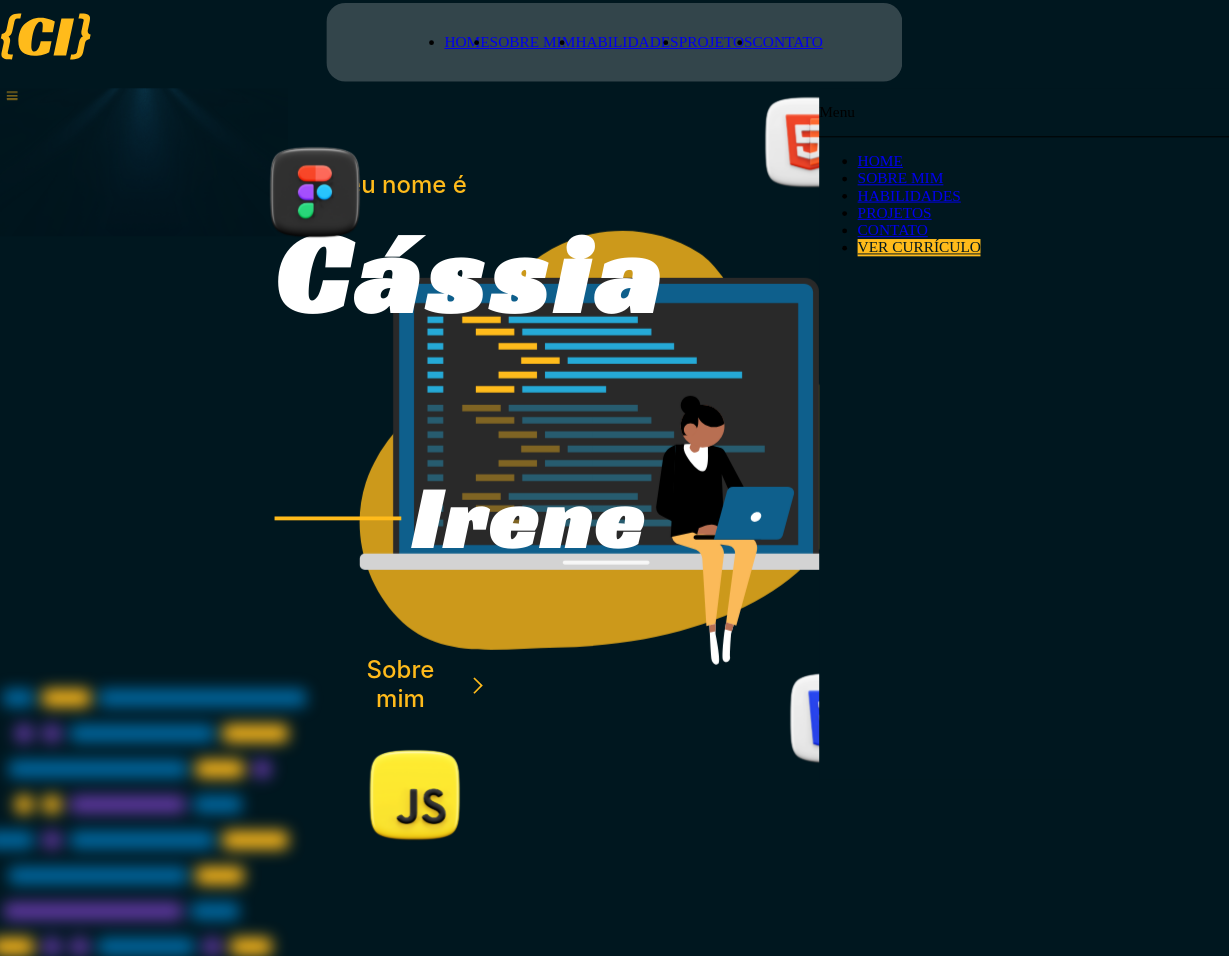
Repository: Cassia-Irene/My-Portfolio
Page: /
An editor plug-in stored every save of this project. The page is shown before and after the next save, followed by the edit.
The browser window is 1280 px wide. The pictures show the whole page, at 96% of full size.
The project was rebuilt for these pictures with package versions that can differ from the ones it lists, and the page was loaded fresh each time. Also part of the build but not shown: vite.config.ts.

Above is the page before, as saved 2025-12-08 05:47:34.

After the next save:
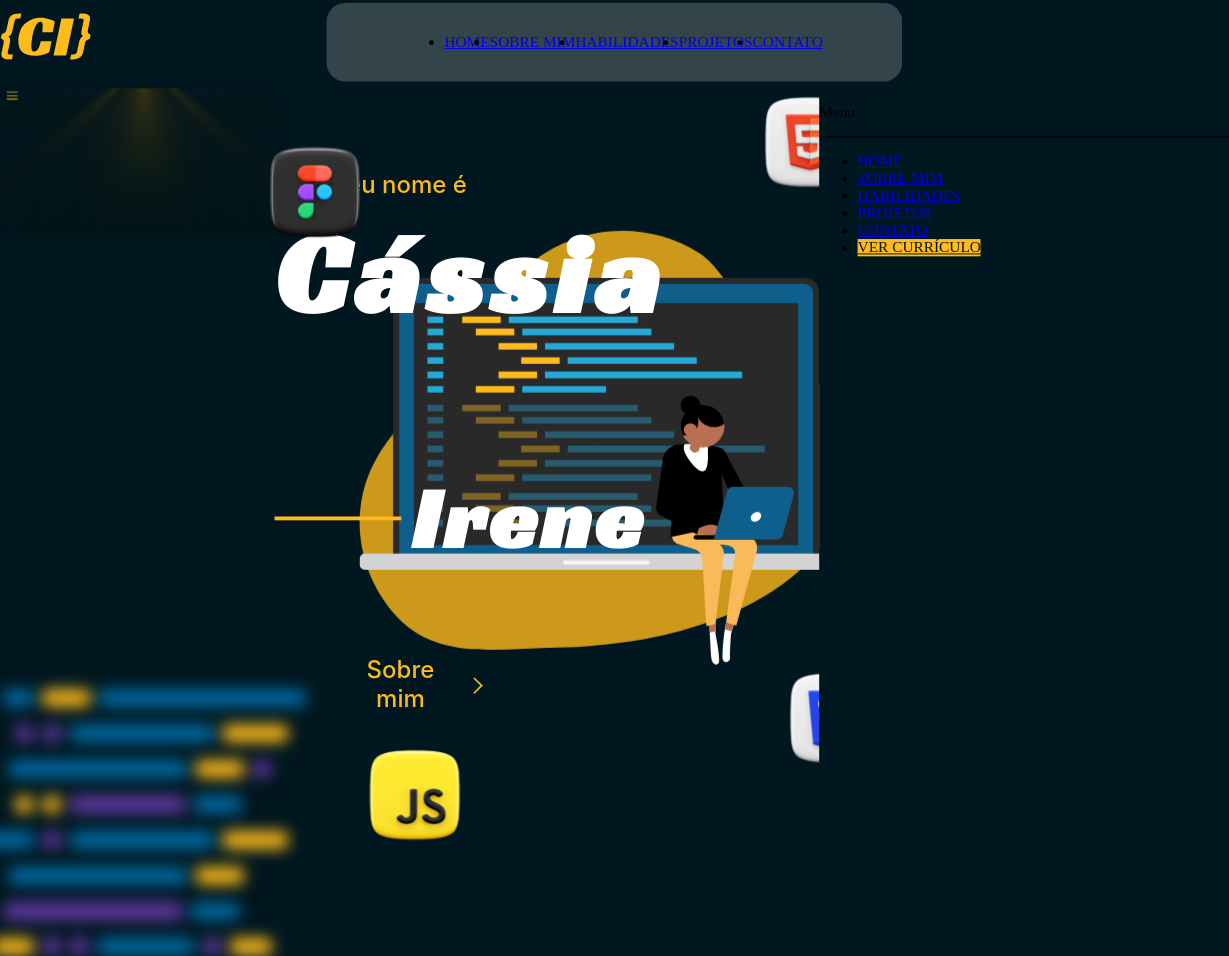
Saved 113 s later.
--- a/src/Hero.tsx
+++ b/src/Hero.tsx
@@ -311,7 +311,7 @@
       }}>
         <LightRays
           raysOrigin="top-center"
-          raysColor="#25A9D6"
+          raysColor="#FFBB1B"
           raysSpeed={1}
           lightSpread={1}
           rayLength={3}

After the save that followed:
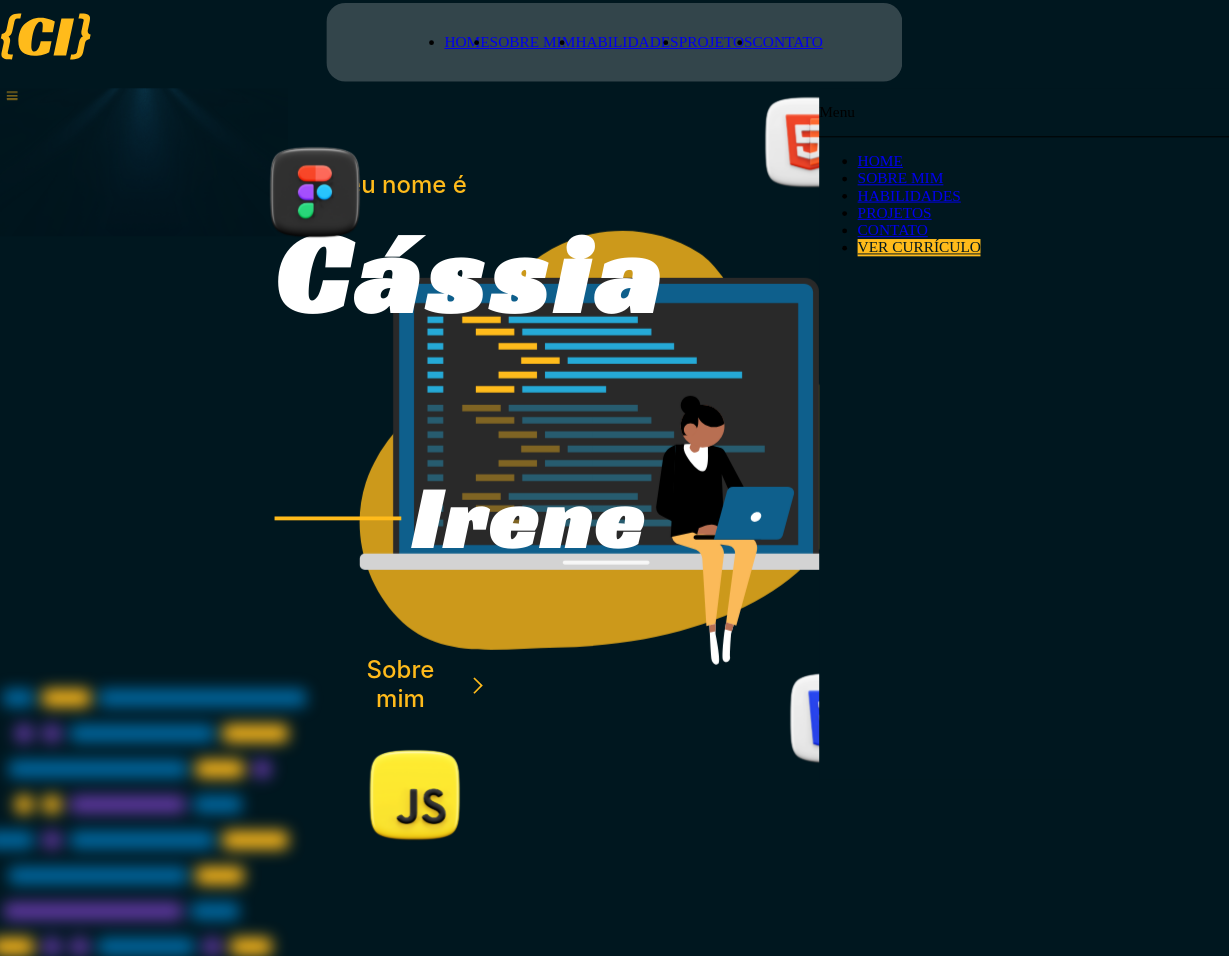
Saved 9 s later.
--- a/src/Hero.tsx
+++ b/src/Hero.tsx
@@ -311,7 +311,7 @@
       }}>
         <LightRays
           raysOrigin="top-center"
-          raysColor="#FFBB1B"
+          raysColor="#25A9D6"
           raysSpeed={1}
           lightSpread={1}
           rayLength={3}
